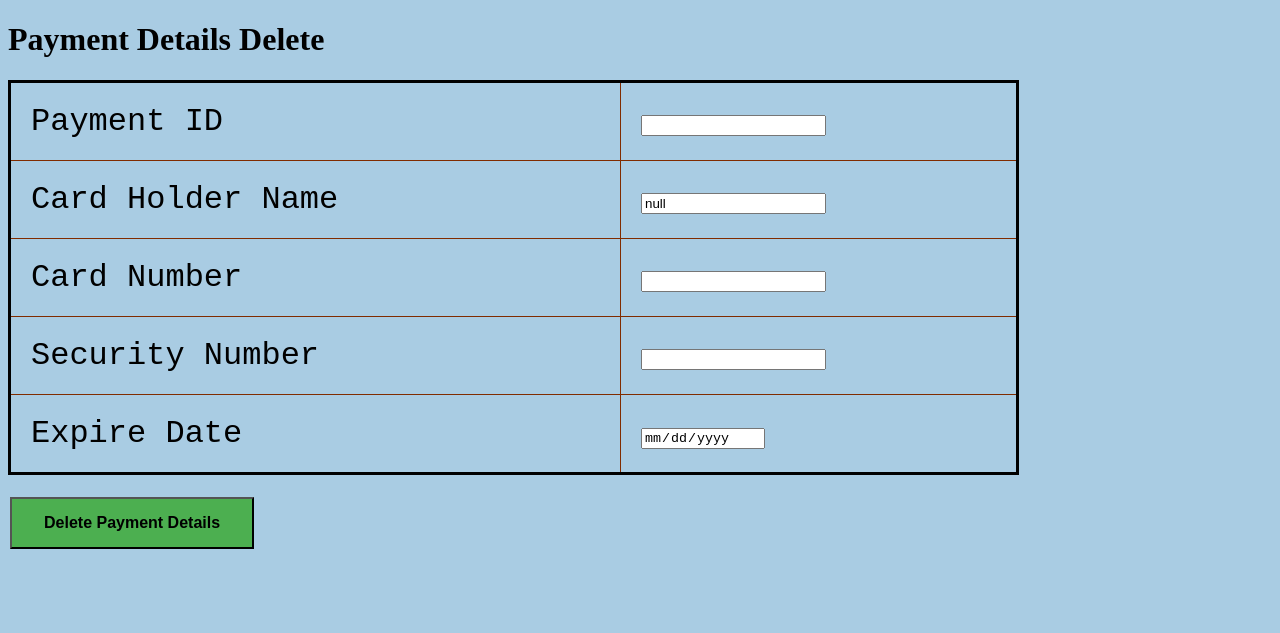
Repository: sandeepa9803/OOP---Online-Travel-web-application
Page: http://localhost/PaymentNew/deletepayment.jsp
An editor plug-in stored every save of this project. The page is shown before and after the next save, followed by the edit.
The browser window is 1280 px wide. The pictures show the whole page.
The page is served by Tomcat 9. Other server files are loaded and not shown.

Above is the page before, as saved 2021-10-11 18:08:53.

### PaymentNew/WebContent/deletepayment.jsp
<%@ page language="java" contentType="text/html; charset=ISO-8859-1"
    pageEncoding="ISO-8859-1"%>
<!DOCTYPE html>
<html>
<head>




<style>

table, td, th {
  border: 1px solid #802b00;
  text-align: left;
}

table {
  border-collapse: collapse;
  width: 80%;
}

th, td {
  padding: 20px;
}


.button {
  background-color: #4CAF50;
  border: 1;
  color: black;
  padding: 15px 32px;
  text-align: center;
  text-decoration: none;
   font-weight: bold;
  display: inline-block;
  font-size: 16px;
  margin: 4px 2px;
  cursor: pointer;
}
body {
background-color:#A9CCE3  }

table{
   border:solid black ;
   font-family:"Courier New", Courier, monospace;
    font-size:200%;

}



</style>














<meta charset="ISO-8859-1">
<title>Insert title here</title>
</head>
<body>

    <%
      String PaymentID=request.getParameter("PaymentID");
      String CardHoldersName=request.getParameter("CardHoldersName");
      String CardNumber=request.getParameter("CardNumber");
      String SecurityCode = request.getParameter("SecurityCode");
      String ExpireDate=request.getParameter("ExpireDate");
   %>

      <h1>Payment Details Delete </h1>

    <form action="delete" method ="post" >

    <table>

    <tr>
   <td>Payment ID </td>
   <td><input type ="number" name="paymentid" value="<%=PaymentID%>" readonly></td>
    </tr>

    <tr>
    <td> Card Holder Name </td>
     <td><input type ="text" name="cardholder" value="<%=CardHoldersName%>" readonly></td>
     </tr>

     <tr>
     <td>Card Number </td>
     <td><input type ="number" name="cardnum" value="<%=CardNumber%>" readonly></td>
     </tr>

     <tr>
     <td> Security Number </td>
     <td> <input type ="number" name="cvcnum" value="<%=SecurityCode%>" readonly> </td>
     </tr>

     <tr>
     <td> Expire Date </td>
     <td> <input type ="date" name="date" value="<%=ExpireDate%>" readonly></td>
     </tr>
     </table>
     <br>

    <input type ="submit" name="submit" value="Delete Payment Details" class="button">
    </form>






</body>
</html>

After the next save:
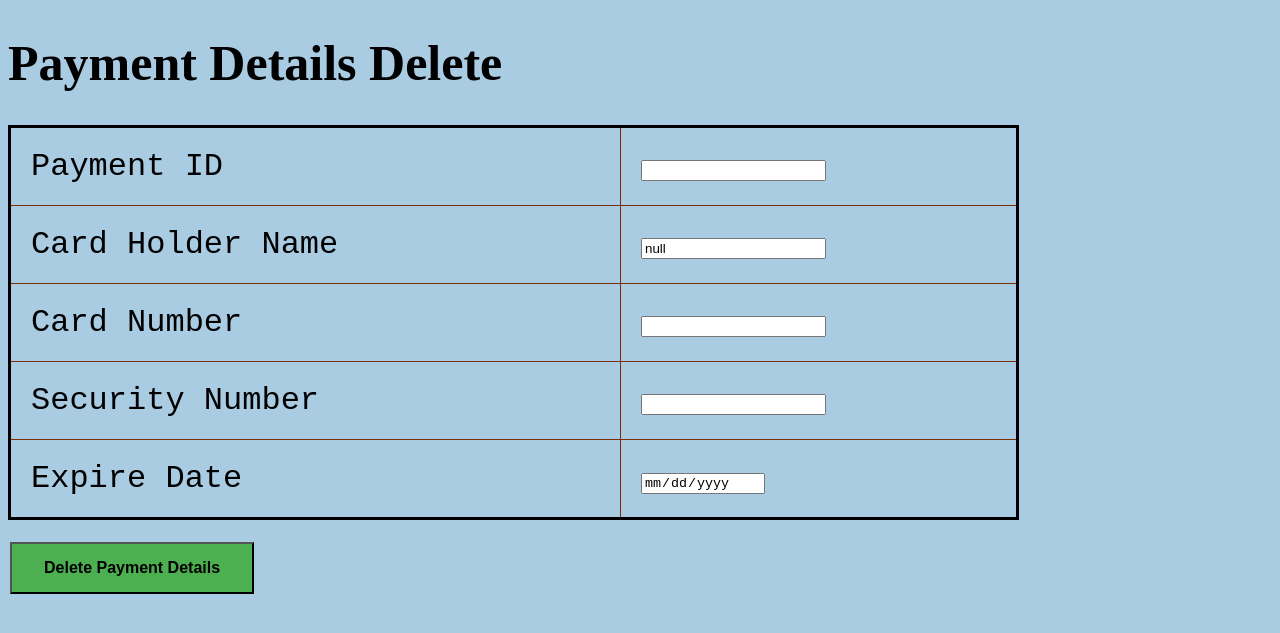
Saved 34 s later.
--- a/PaymentNew/WebContent/deletepayment.jsp
+++ b/PaymentNew/WebContent/deletepayment.jsp
@@ -45,6 +45,8 @@ table{
    font-family:"Courier New", Courier, monospace;
     font-size:200%;
 
+}
+h1{font-family: 'Quicksand';font-size: 50px;
 }
 
 
